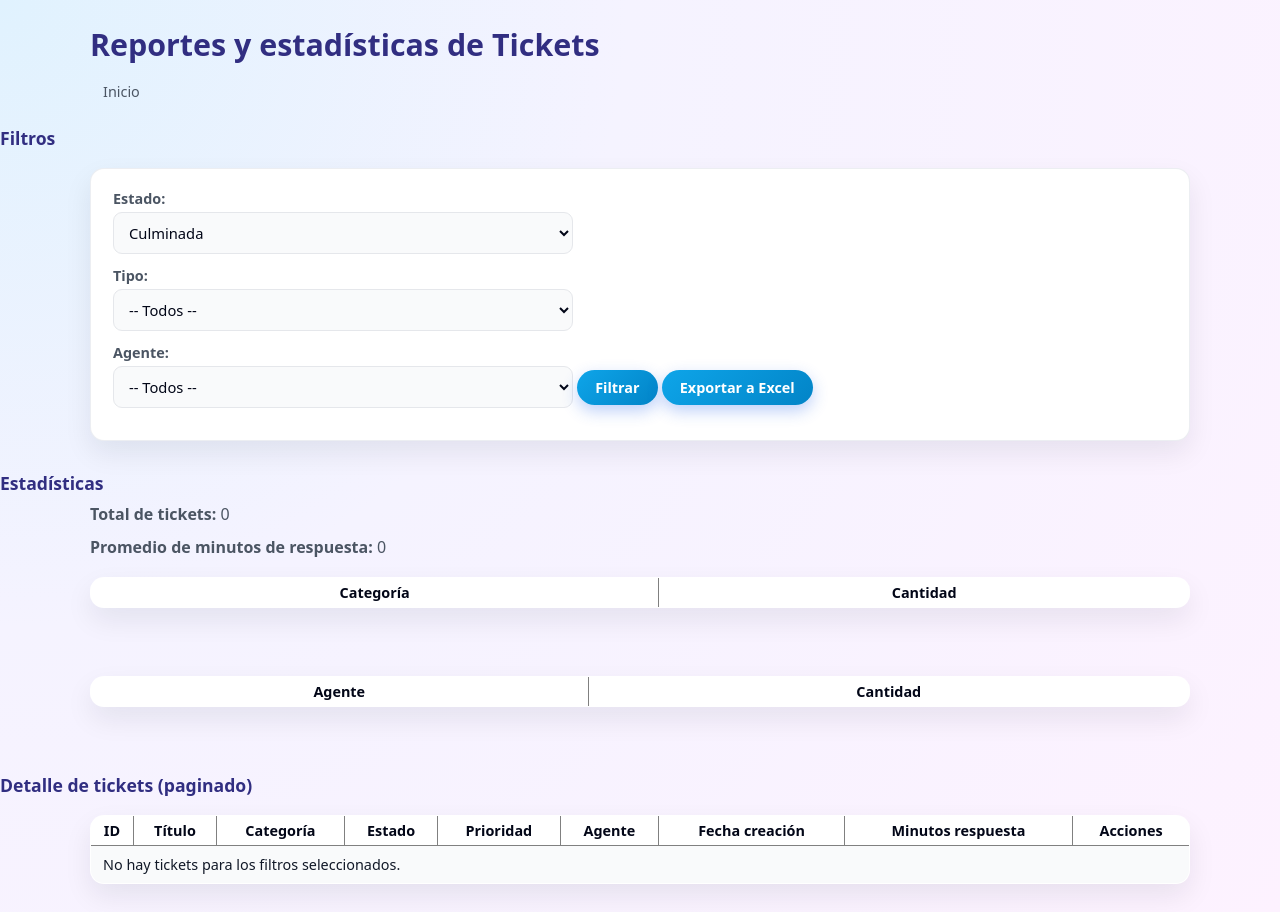
Repository: eleazarrrg/Proyecto-Mesa-Ayuda
Page: http://localhost/mesa-ayuda/reportes.php
These files come from the project's save history. The page is drawn as it stood at one moment and after the next save; the edit follows.
The browser window is 1280 px wide. The pictures show the whole page.
The page is run by PHP 8.4 with error messages shown; the project is at /var/www/html/. The session is filled in as if someone had signed in: {"user_id": 1, "user_name": "Test User", "role_id": 1}. Queries for data that is not in the repository find no rows.

Above is the page before, as saved 2025-12-06 22:18:36.

After the next save:
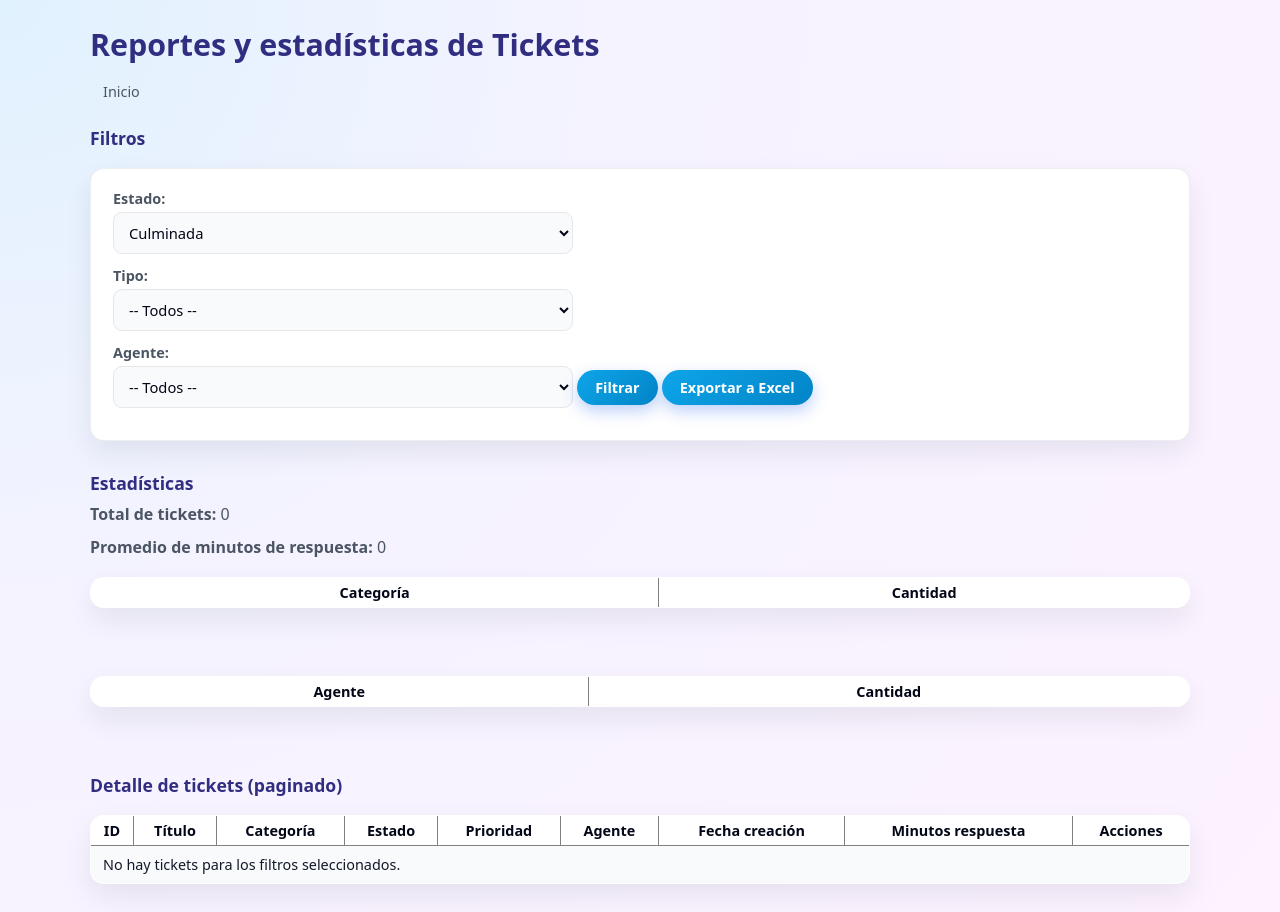
Saved 12 s later.
--- a/assets/css/style.css
+++ b/assets/css/style.css
@@ -55,6 +55,7 @@ body {
 /* Contenedor principal centrado */
 body > h1,
 body > h2,
+body > h3,
 body > p,
 body > form,
 body > table,
